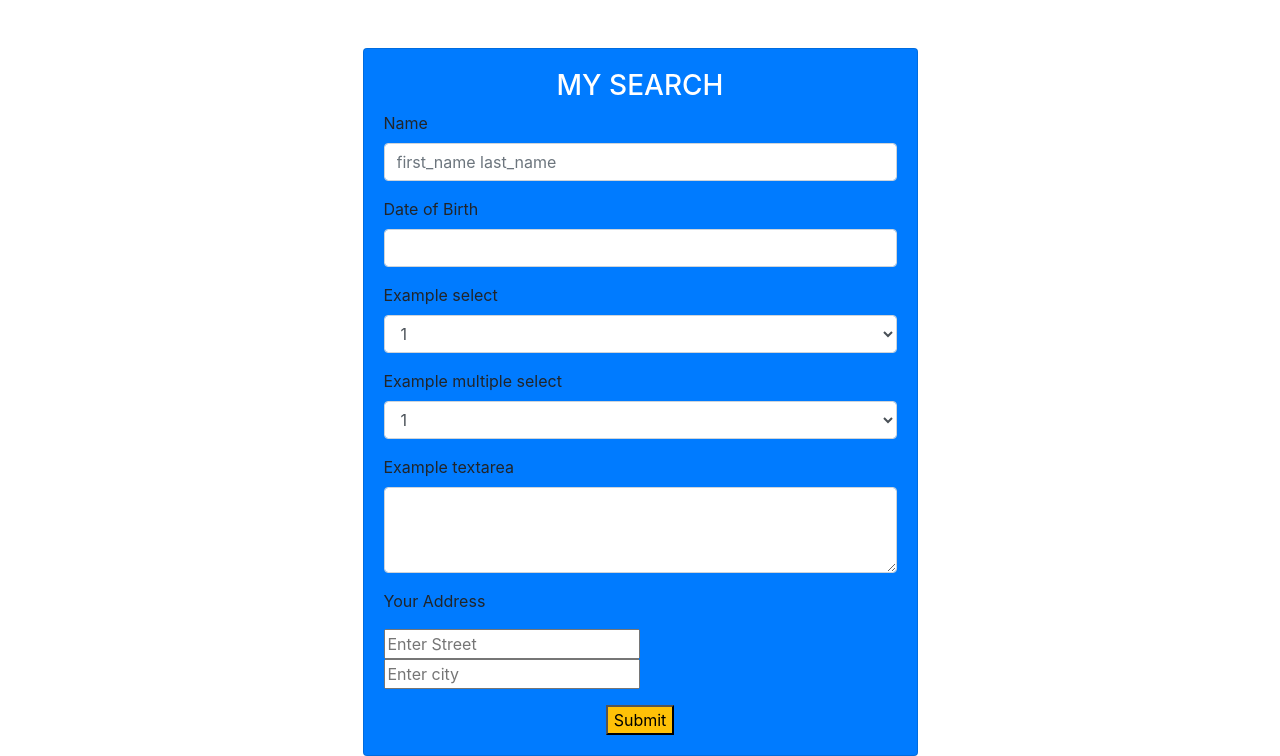
Repository: modinilesh/SpringMVC
Page: http://localhost/springmvcsearch/complex
An editor plug-in stored every save of this project. The page is shown before and after the next save, followed by the edit.
The browser window is 1280 px wide. The pictures show the whole page.
Some web libraries are served in a nearby version. The page is served by Tomcat 9.

Above is the page before, as saved 2023-10-20 18:03:26.

After the next save:
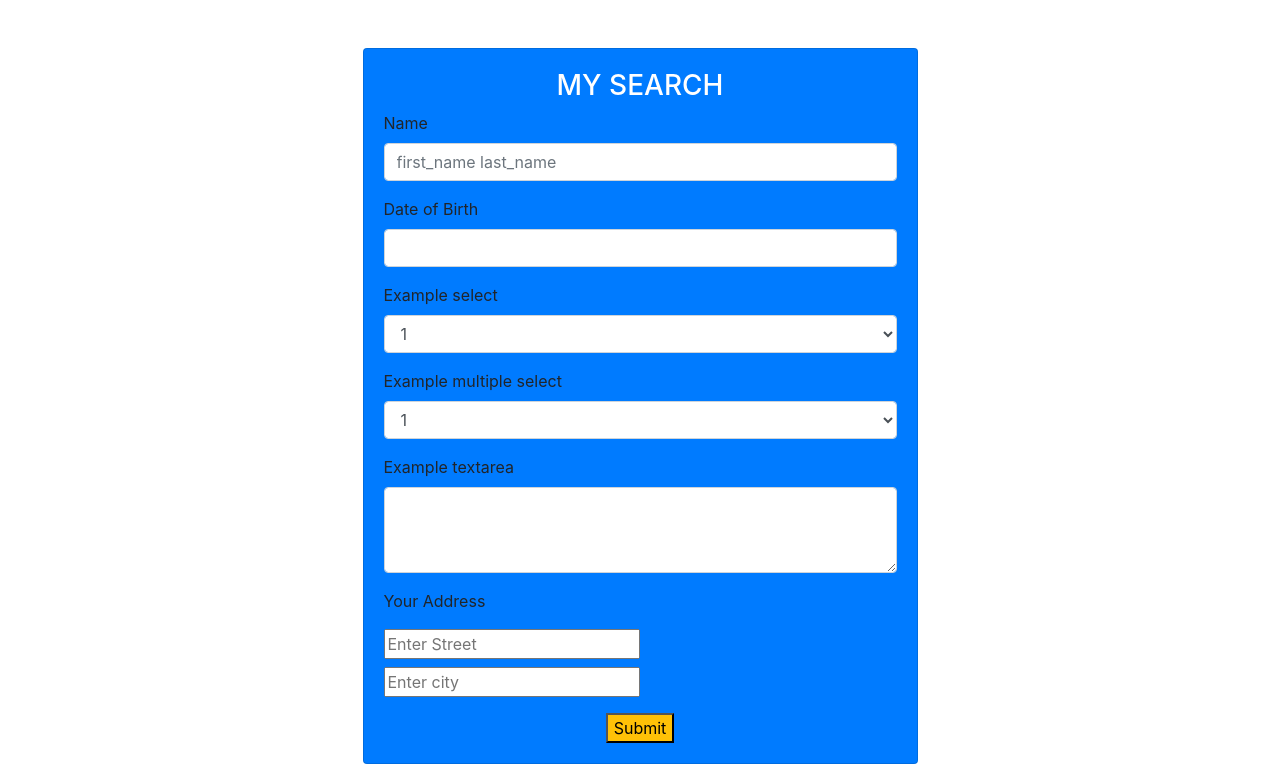
Saved 28 s later.
--- a/springmvcsearch/src/main/webapp/WEB-INF/views/complex_form.jsp
+++ b/springmvcsearch/src/main/webapp/WEB-INF/views/complex_form.jsp
@@ -72,7 +72,7 @@
 							<input name="street" placeholder="Enter Street" />
 						</div>
 
-						<div class="card-group">
+						<div class="card-group mt-2">
 							<input name="city" placeholder="Enter city" />
 						</div>
 
